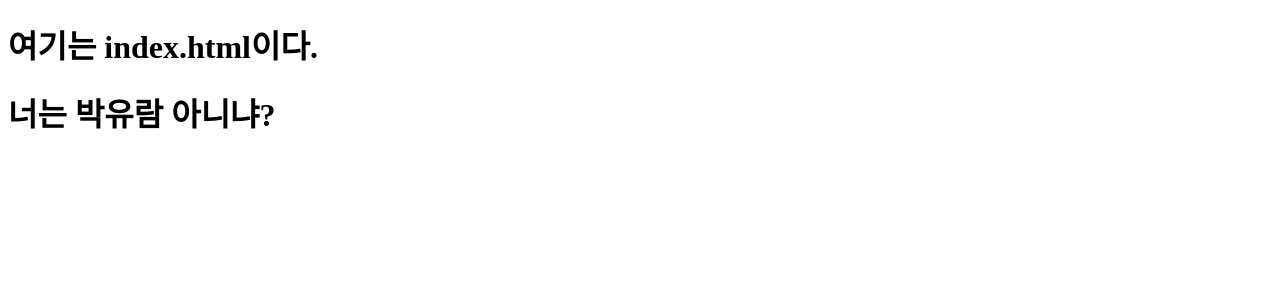
Repository: kong980/EclipseWork
Page: ServletTest3/src/main/webapp/Index.html
These files come from the project's save history. The page is drawn as it stood at one moment and after the next save; the edit follows.
The browser window is 1280 px wide. The pictures show the whole page.

Above is the page before, as saved 2023-09-14 03:01:38.

### ServletTest3/src/main/webapp/Index.html
<!DOCTYPE html>
<html>
<head>
<meta charset="UTF-8">
<title>Insert title here</title>
</head>
<body>
	<h1>여기는 index.html이다.</h1>
	<h1>너는 박유람 아니냐?</h1>
</body>
</html>

After the next save:
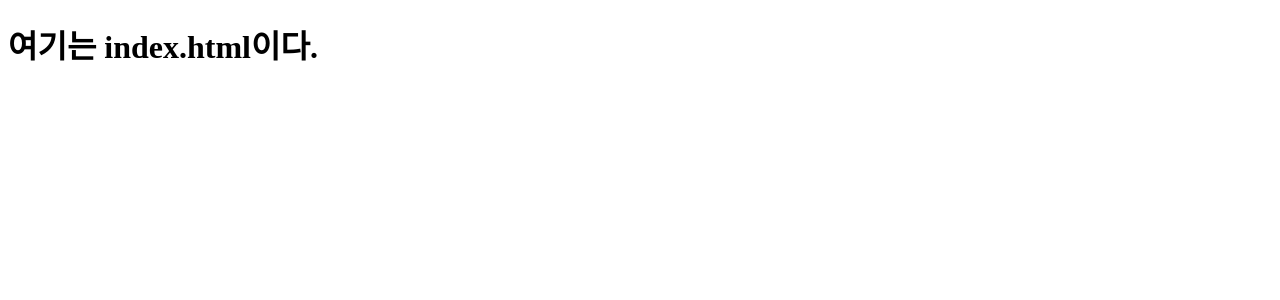
Saved 2 min 37 s later.
--- a/ServletTest3/src/main/webapp/Index.html
+++ b/ServletTest3/src/main/webapp/Index.html
@@ -6,6 +6,5 @@
 </head>
 <body>
 	<h1>여기는 index.html이다.</h1>
-	<h1>너는 박유람 아니냐?</h1>
 </body>
 </html>
